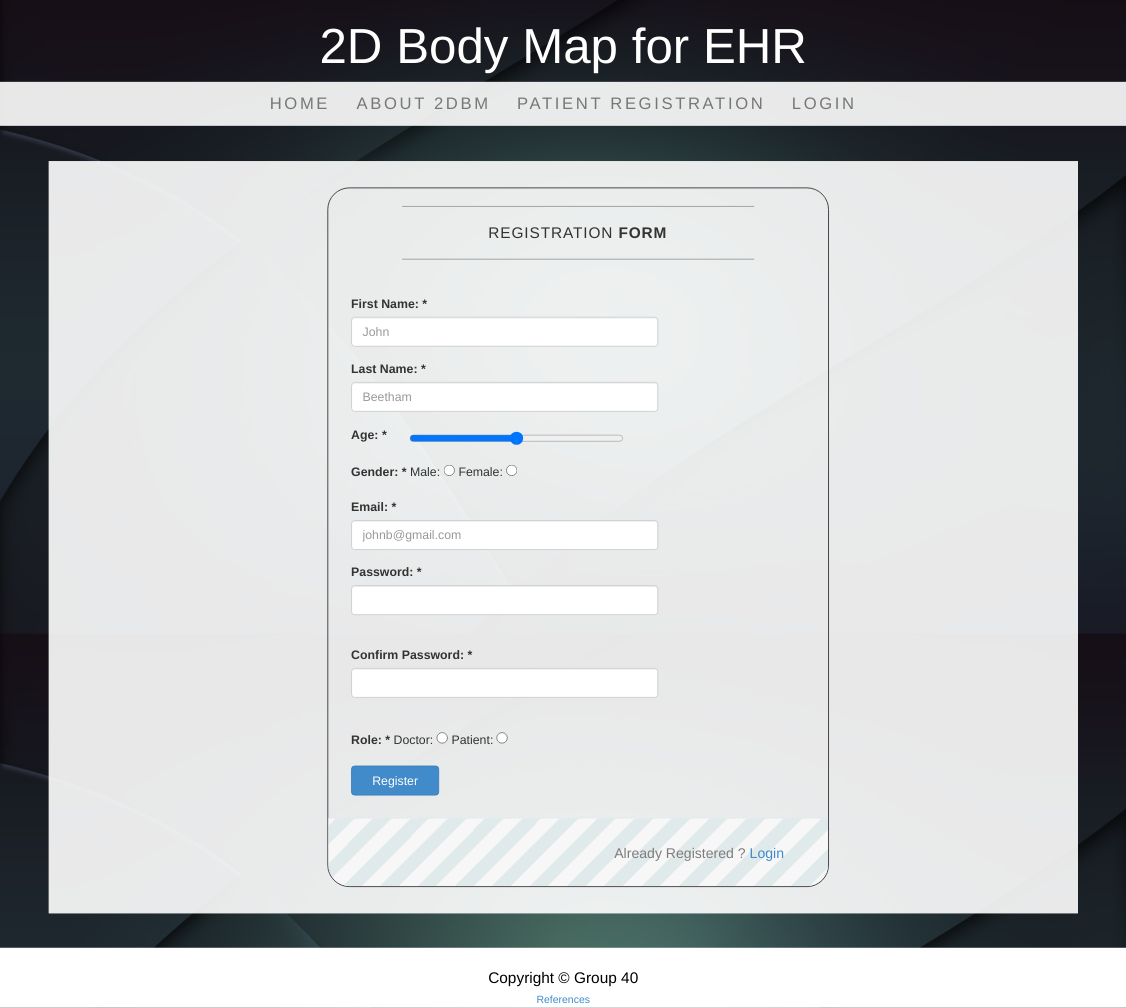
Repository: giftsondp/bodymap_new
Page: http://localhost/TwoDMapperforEHR1/Register.jsp
An editor plug-in stored every save of this project. The page is shown before and after the next save, followed by the edit.
The browser window is 1280 px wide. The pictures show the whole page, at 88% of full size.
Backgrounds fixed to the window are drawn as part of the page. Some web libraries are served in a nearby version. The page is served by Tomcat 9.

Above is the page before, as saved 2013-11-20 09:24:10.
Console error: TypeError: Cannot read properties of undefined (reading 'fn')

After the next save:
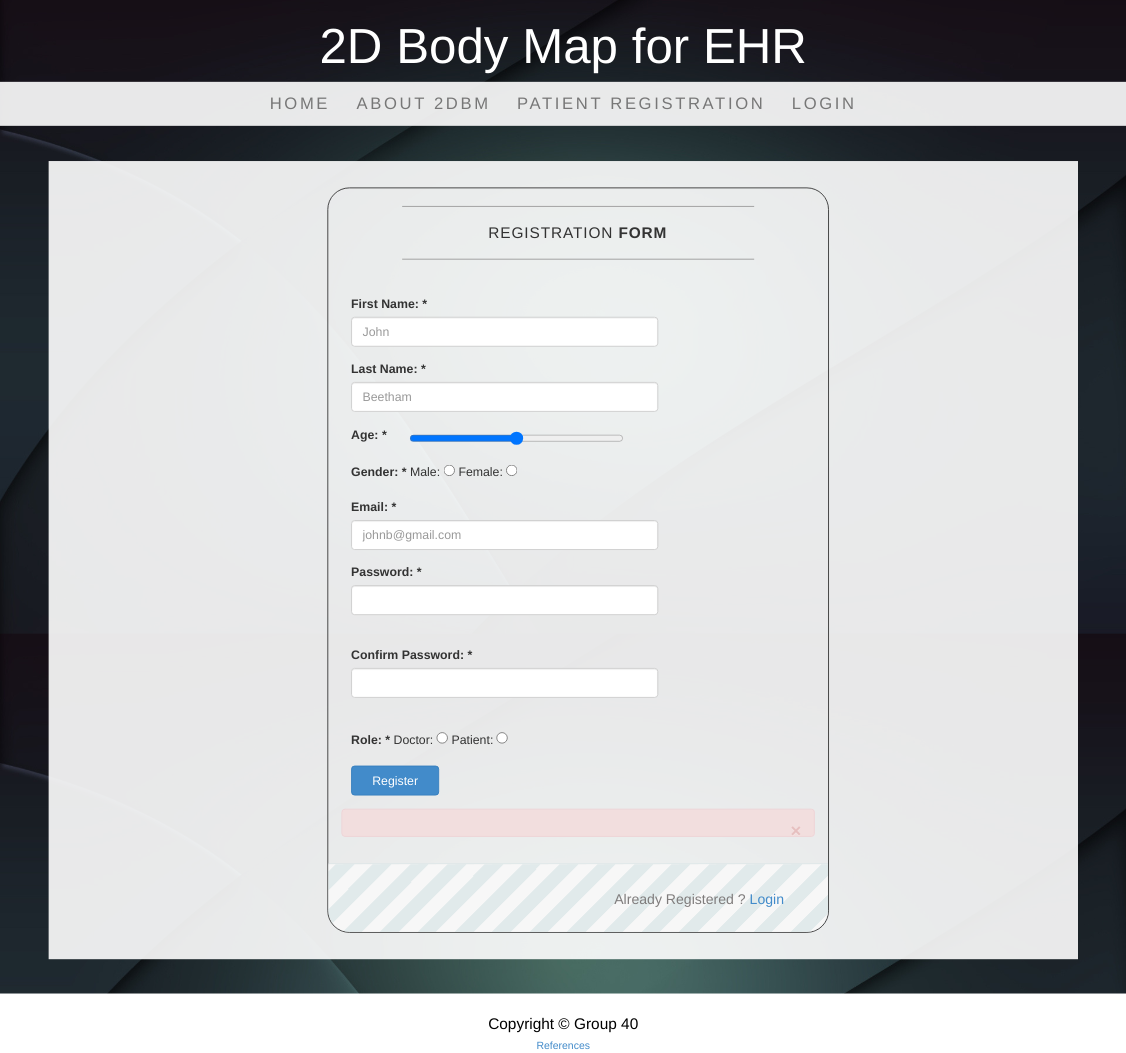
Saved 18 s later.
--- a/TwoDMapperforEHR1/WebContent/Register.jsp
+++ b/TwoDMapperforEHR1/WebContent/Register.jsp
@@ -237,7 +237,7 @@
                       <button type="submit" class="btn btn-primary" style="width:100px;">Register</button>
                     </div>
                 </div>
-                 <div class="alert alert-danger alert-dismissable" id="errorDiv" style="display:none;">
+                 <div class="alert alert-danger alert-dismissable" id="errorDiv">
               <button type="button" class="close" data-dismiss="alert" id="error" aria-hidden="true">&times;</button>
 
             </div>

After the 2 saves that followed:
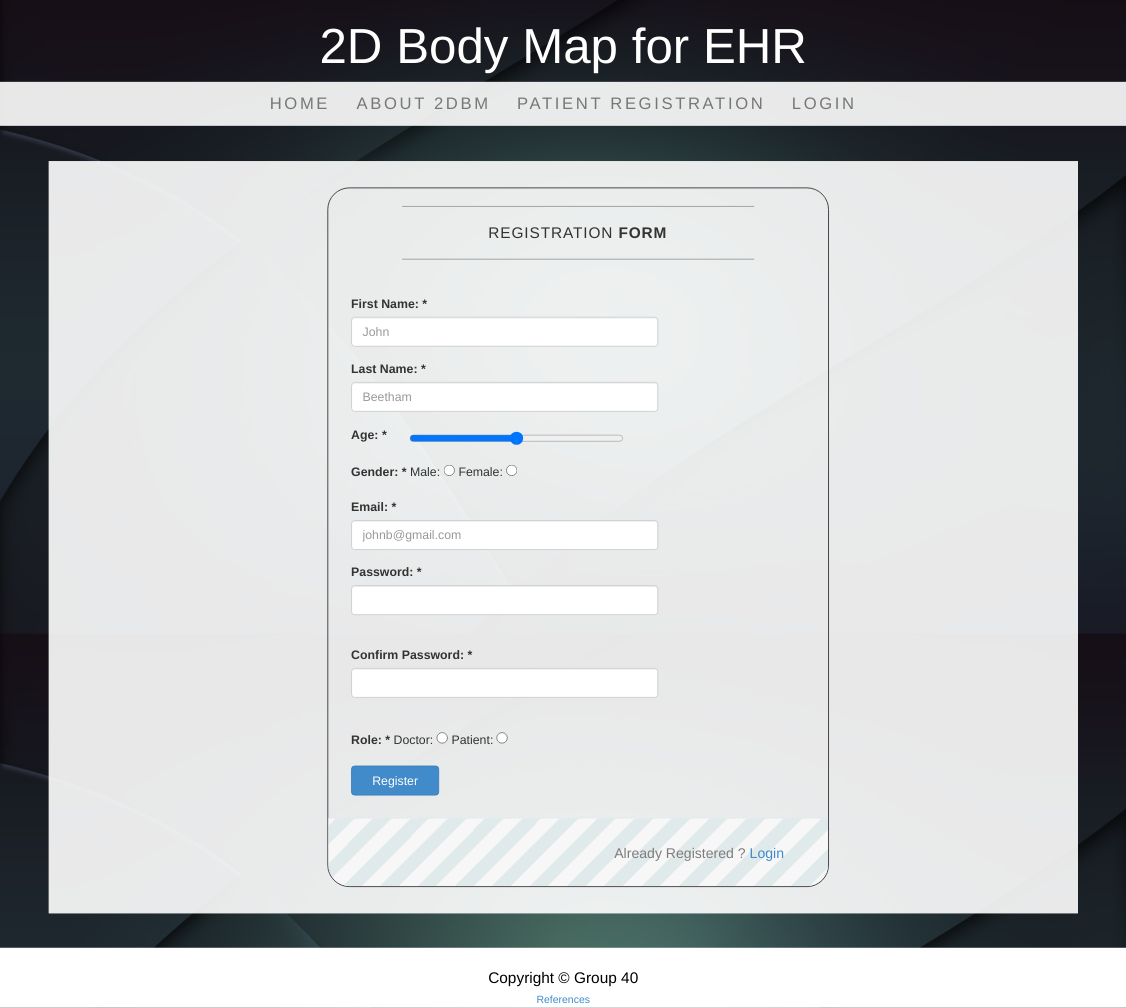
The 2 saves are shown as one change because they came seconds apart.
The last was saved 20 s later.
--- a/TwoDMapperforEHR1/WebContent/Register.jsp
+++ b/TwoDMapperforEHR1/WebContent/Register.jsp
@@ -21,7 +21,16 @@
      <link rel="stylesheet" href="font-awesome/css/font-awesome.min.css">
     <!-- Add custom CSS here -->
 
-
+    <style type="text/css">
+
+    #errorDiv
+    {
+
+    display: none;
+
+    }
+
+    </style>
     <script type="text/javascript">
 
  // function to make AJAX call to the server
